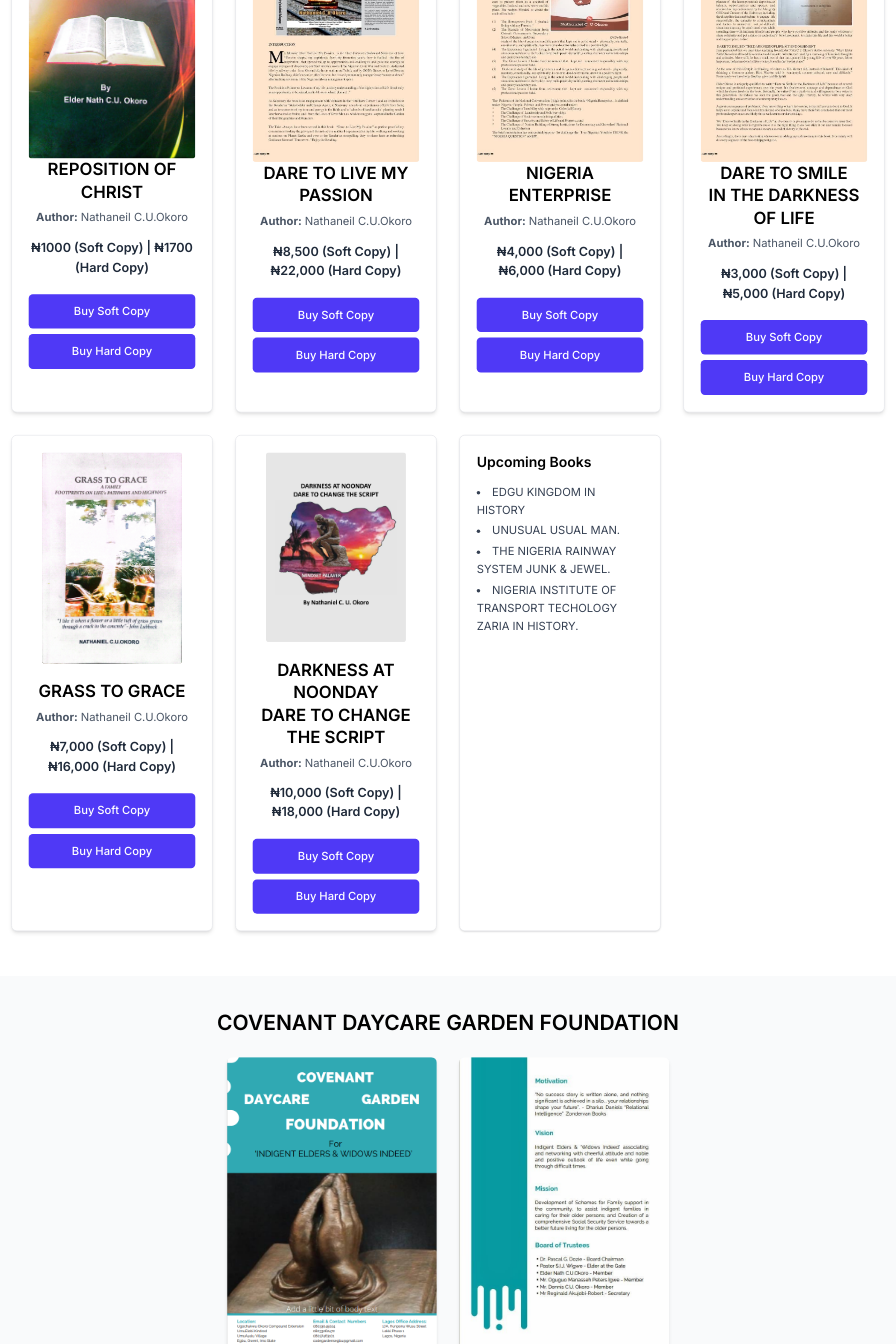
Repository: Rickyy1017/online-bookstore
Page: / (app in frontend/)
An editor plug-in stored every save of this project. The page is shown before and after the next save, followed by the edit.
The browser window is 1280 px wide. The pictures show the part of the page from y = 725 to 2645 px (the page is 3617 px tall), at 70% of full size.
The project was rebuilt for these pictures with package versions that can differ from the ones it lists, and the page was loaded fresh each time. The framework's server and built-in components were replaced by stand-ins that run in the browser. Also part of the build but not shown: frontend/next.config.ts.

Above is the page before, as saved 2025-10-09 23:49:57.

After the next save:
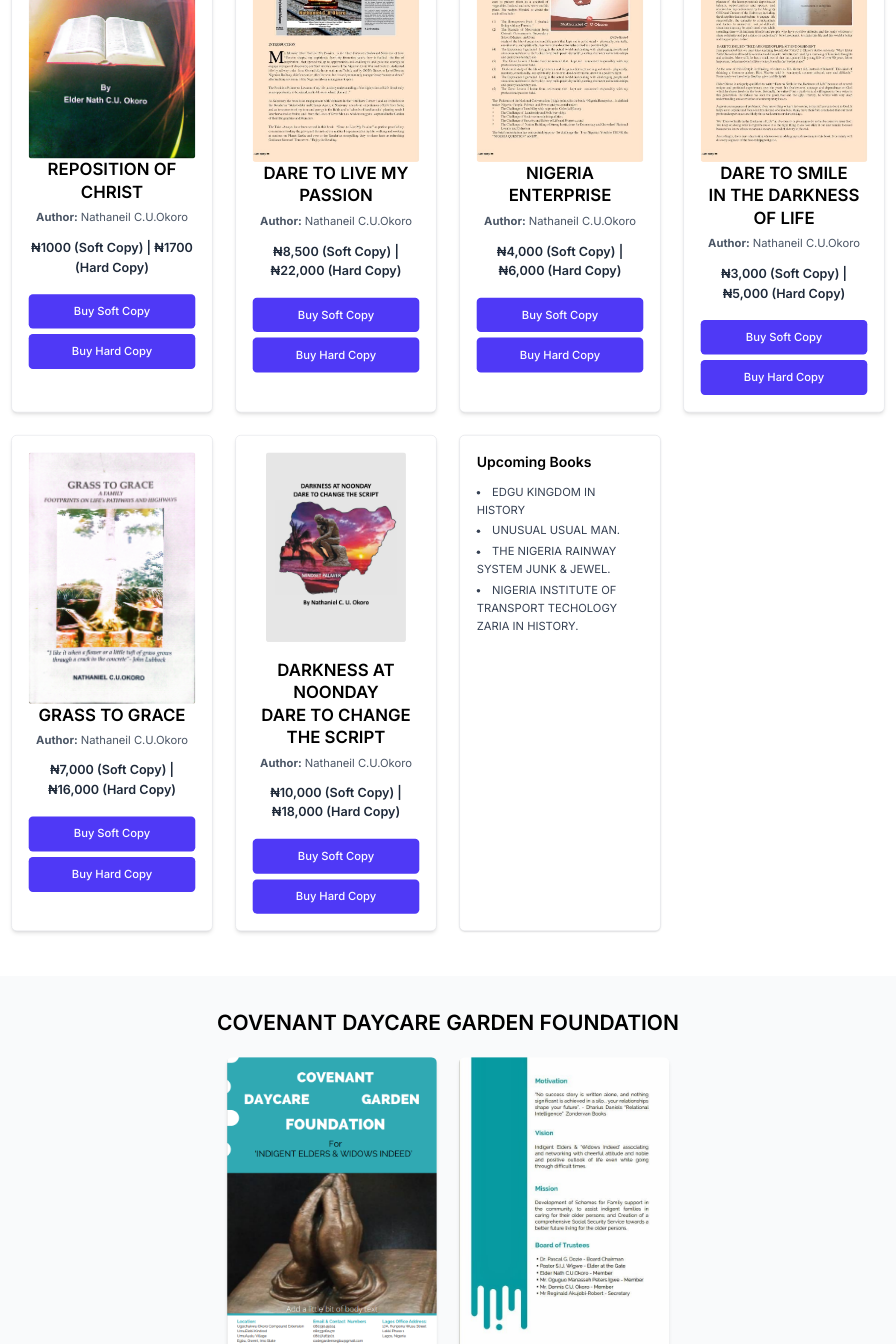
Saved 9 s later.
--- a/frontend/app/page.tsx
+++ b/frontend/app/page.tsx
@@ -125,7 +125,7 @@ export default function Page() {
         </div>
 
         <div className="bg-white border border-gray-200 rounded-lg p-6 shadow-md">
-          <Image src="/images/grasee (1).jpg" alt="GRASS TO GRACE" width={200} height={300} className="mx-auto mb-6 rounded" />
+          <Image src="/images/grasee (1).jpg" alt="GRASS TO GRACE" width={200} height={300} className="w-full rounded" />
           <h3 className="text-2xl font-bold text-gray-900 mb-2 text-center">GRASS TO GRACE</h3>
           <p className="text-gray-600 text-center mb-4"><b>Author:</b> Nathaneil C.U.Okoro</p>
           <div className="text-center mb-6">
